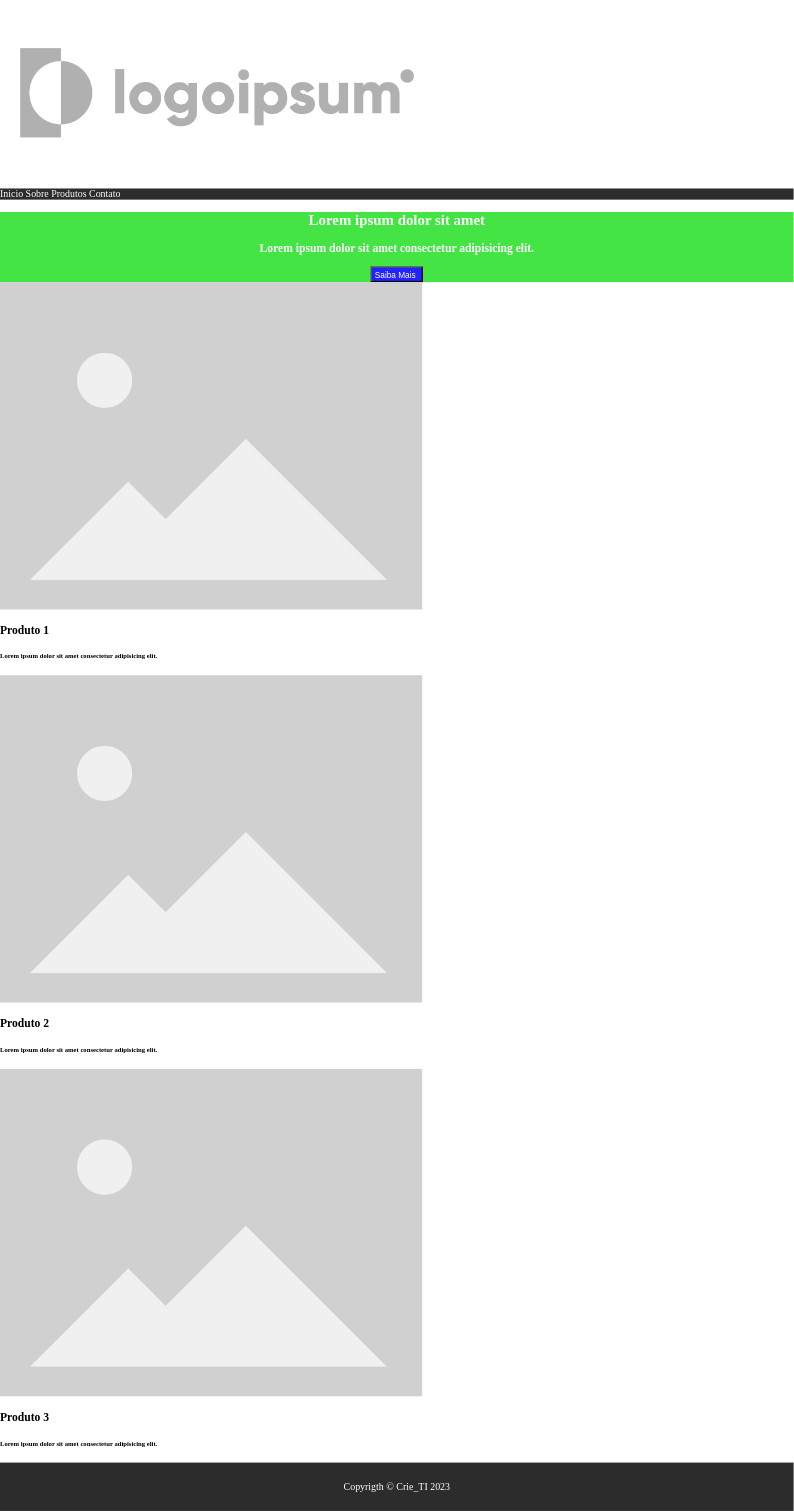
Repository: robsonwssantos/Projeto_Olaria
Page: Exercicios/ex.01/index.html
These files come from the project's save history. The page is drawn as it stood at one moment and after the next save; the edit follows.
The browser window is 1280 px wide. The pictures show the whole page, at 62% of full size.

Above is the page before, as saved 2023-04-21 10:12:25.

### Exercicios/ex.01/index.html
<!DOCTYPE html>
<html lang="pt-BR">
<head>
    <meta charset="UTF-8">
    <meta http-equiv="X-UA-Compatible" content="IE=edge">
    <meta name="viewport" content="width=device-width, initial-scale=1.0">
    <title>Desafio HTML-CSS</title>

    <style>
        body {
            margin: 0;
        }

        nav {
            color: #fff;
            background-color: rgb(44, 44, 44);
        }

        .lorem {
            color: #fff;
            background-color: rgb(68, 228, 68);
            text-align: center;
        }

        .botao {
            color: #fff;
            background-color: rgb(35, 35, 255);
            padding-top: 50px;
            padding-top: 5px;
            padding-left: 5px;
            padding-right: 10px;
        }

        footer {
            text-align: center;
            padding-top: 30px;
            padding-bottom: 30px;
            background-color: rgb(44, 44, 44);
            color: #fff;
        }

    </style>

</head>
<body>
    <header>

        <img src="logo.png" alt="">
        <nav>
            <a>Inicio</a>
            <a>Sobre</a>
            <a>Produtos</a>
            <a>Contato</a>
        </nav>

    </header>
   <main>
        <section class="lorem">
            <div>
                <h1>Lorem ipsum dolor sit amet</h1>
                <h3>Lorem ipsum dolor sit amet consectetur adipisicing elit.</h3>
                <button class="botao">Saiba Mais</button>
            </div>
        </section>

        <section>
            <div>
                <img src="placeholder.png" alt="">
                <h3>Produto 1</h3>
                <h6>Lorem ipsum dolor sit amet consectetur adipisicing elit.</h6>
            </div>
            <div>
                <img src="placeholder.png" alt="">
                <h3>Produto 2</h3>
                <h6>Lorem ipsum dolor sit amet consectetur adipisicing elit.</h6>
            </div>
            <div>
                <img src="placeholder.png" alt="">
                <h3>Produto 3</h3>
                <h6>Lorem ipsum dolor sit amet consectetur adipisicing elit.</h6>
            </div>
        </section>
   </main>

    <footer>
        Copyrigth © Crie_TI 2023
    </footer>
</body>
</html>

After the next save:
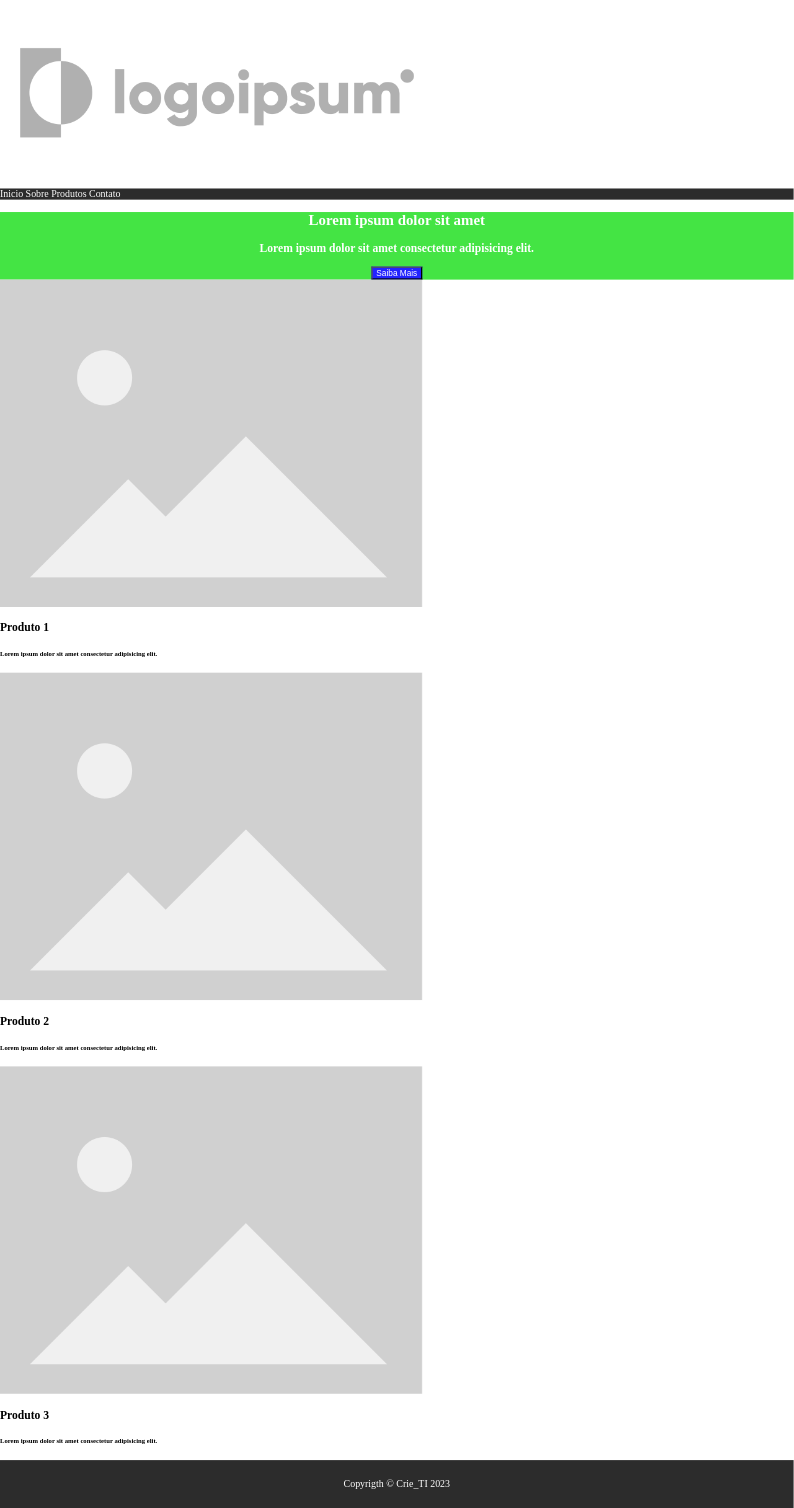
Saved 23 s later.
--- a/Exercicios/ex.01/index.html
+++ b/Exercicios/ex.01/index.html
@@ -25,10 +25,6 @@
         .botao {
             color: #fff;
             background-color: rgb(35, 35, 255);
-            padding-top: 50px;
-            padding-top: 5px;
-            padding-left: 5px;
-            padding-right: 10px;
         }
 
         footer {
